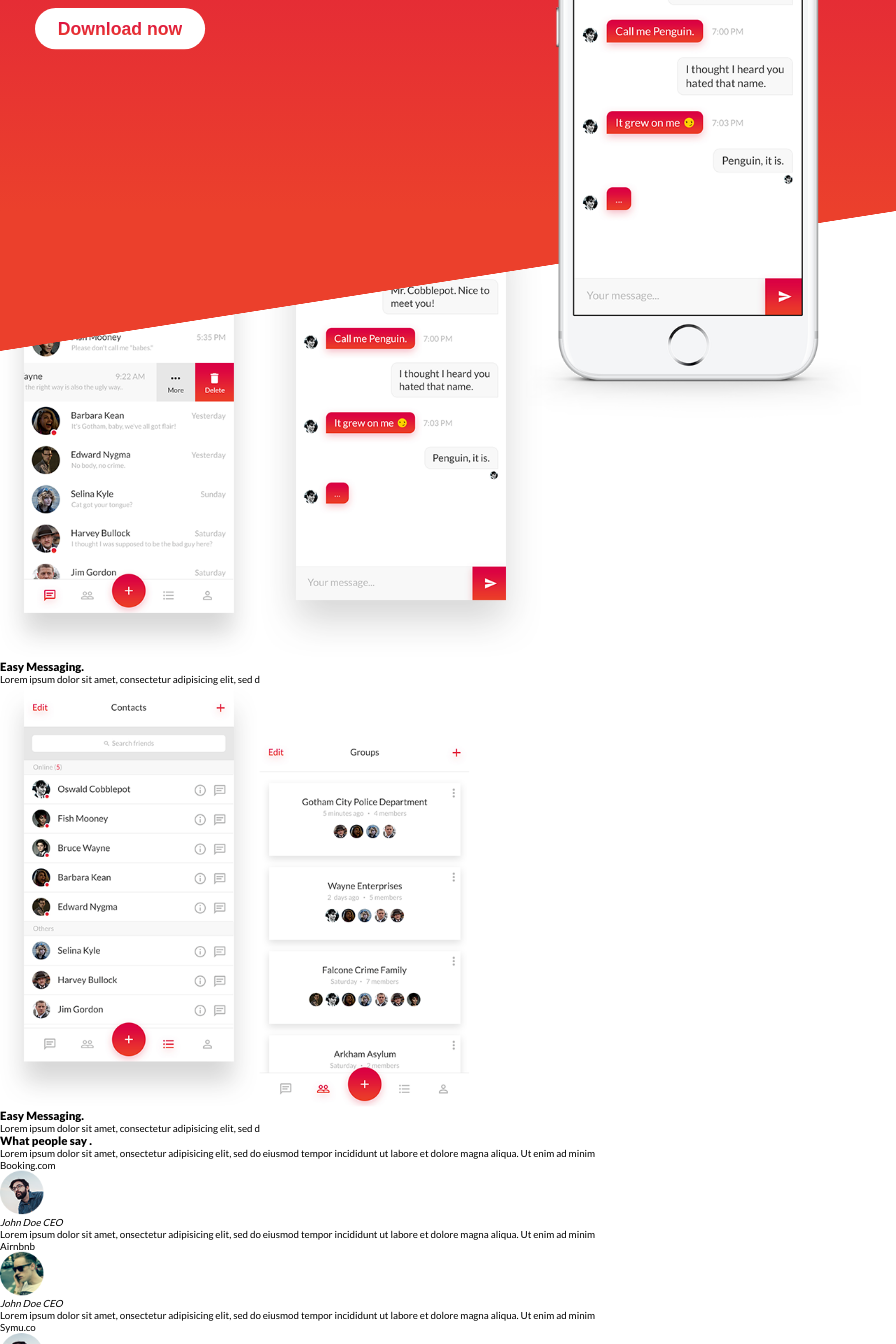
Repository: baumanmilosz/heyu
Page: index.html
The author's editor kept a copy of each file at every save. The page is drawn from the files as they stood at one save, then again after the next save.
The browser window is 1280 px wide. The pictures show the part of the page from y = 608 to 2528 px (the page is 4050 px tall), at 70% of full size.
Some web libraries are served in a nearby version. The style sheet was rebuilt from its Sass, Less or Tailwind sources for each picture, by a compiler version that may differ from the author's.

Above is the page before, as saved 2019-04-12 14:44:44.

### index.html
<!DOCTYPE html>
<html lang="en">

<head>
  <meta charset="UTF-8">
  <meta name="viewport" content="width=device-width, initial-scale=1.0">
  <meta http-equiv="X-UA-Compatible" content="ie=edge">
  <title>HeyU Landing Page</title>
  <link rel="stylesheet" href="https://use.fontawesome.com/releases/v5.8.1/css/all.css"
    integrity="sha384-50oBUHEmvpQ+1lW4y57PTFmhCaXp0ML5d60M1M7uH2+nqUivzIebhndOJK28anvf" crossorigin="anonymous">
  <link href="https://fonts.googleapis.com/css?family=Lato:400,900" rel="stylesheet">
  <link rel="stylesheet" href="./src/css/style.css">

</head>

<body>
  <header class="page-header">
    <nav class="page-nav">
      <h1 class="page-nav__title"><a class="page-nav__link" href="">HeyU</a></h1>
      <button type="button" class="page-nav__btn" href=""><i class="page-nav__icon fas fa-bars"></i></button>
      <ul class="page-nav__list">
        <li class="page-nav__item"><a class="page-nav__link" href="">About</a></li>
        <li class="page-nav__item"><a class="page-nav__link" href="">Faq</a></li>
        <li class="page-nav__item"><a class="page-nav__link" href="">Support</a></li>
        <li class="page-nav__item"><a class="page-nav__link" href="">Blog</a></li>
      </ul>
    </nav>
    <div class="page-hero">
      <div class="slogan">
        <h2 class="page-hero__title">Simple, safe <span class="page-hero__linebreak"> & beautiful.</span></h2>
        <p class="page-hero__description">With <span class="page-hero__highlight">HeyU</span>, you'll get fast, simple,
          secure messaging!</p>
        <button class="page-hero__btn"><span class="page-hero__text">Download now</span></button>
      </div>
      <div class="picture-wrapper">
        <img class="picture" src="./assets/phone.png" alt="">
      </div>
    </div>
  </header>
  <section class="app-description">
    <div class="wrapper">
      <div class="app-feature">
        <div class="feature-img-wrapper">
          <img class="messages-img" src="./assets/messages.png" alt="">
          <img class="converstion-img" src="./assets/conversation.png" alt="">
        </div>
        <h3 class="app-feature__title">Easy Messaging<span class="dot">.</span></h3>
        <p class="app-feature__description">Lorem ipsum dolor sit amet, consectetur adipisicing elit, sed d</p>
      </div>
      <div class="app-feature">
        <div class="feature-img-wrapper">
          <img class="contact-img" src="./assets/contacts.png" alt="">
          <img class="group-img" src="./assets/groups.png" alt="">
        </div>
        <h3 class="app-feature__title">Easy Messaging<span class="dot">.</span></h3>
        <p class="app-feature__description">Lorem ipsum dolor sit amet, consectetur adipisicing elit, sed d</p>
      </div>
    </div>
  </section>
  <section class="reviews">
    <div class="wrapper">
      <h3 class="reviews-title">What people say <span class="dot">.</span></h3>
      <div class="reviews-wrapper">
        <div class="comment-box">
          <blockquote class="comment">
            <p class="comment__text">Lorem ipsum dolor sit amet, onsectetur adipisicing elit, sed do eiusmod tempor
              incididunt ut labore et dolore magna aliqua. Ut enim ad minim
            </p>
            <p class="topic">Booking.com</p>
          </blockquote>
          <cite class="author">
            <div class="avatar">
              <img src="./assets/avatar1.png" alt="User">
              <p class="avatar_name">John Doe <span class="avatar_profession">CEO</span></p>
            </div>
          </cite>
        </div>
        <div class="comment-box">
          <blockquote class="comment">
            <p class="comment__text">Lorem ipsum dolor sit amet, onsectetur adipisicing elit, sed do eiusmod tempor
              incididunt ut labore et dolore magna aliqua. Ut enim ad minim</p>
            <p class="comment__company">Airnbnb</p>
          </blockquote>
          <cite class="author">
            <div class="avatar">
              <img src="./assets/avatar2.png" alt="User">
              <p class="avatar_name">John Doe <span class="avatar_profession">CEO</span></p>
            </div>
          </cite>
        </div>
        <div class="comment-box">
          <blockquote class="comment">
            <p class="comment__text">Lorem ipsum dolor sit amet, onsectetur adipisicing elit, sed do eiusmod tempor
              incididunt ut labore et dolore magna aliqua. Ut enim ad minim</p>
            <p class="comment__company">Symu.co</p>
          </blockquote>
          <cite class="author">
            <div class="avatar">
              <img src="./assets/avatar1.png" alt="User">
              <p class="avatar_name">John Doe <span class="avatar_profession">CEO</span></p>
            </div>
          </cite>
        </div>
      </div>
    </div>
  </section>
  <section class="overview">
    <div class="wrapper">
      <div class="feature">
        <h4 class="feature__title">Start conversation</h4>
        <p class="feature__description">Lorem ipsum dolor sit amet, consectetur adipisicing elit, sed do eiusmod tempor
          incididunt ut</p>
        <img class="feature__icon" src="./assets/message-icon.png" alt="">
      </div>
      <div class="feature">
        <h4 class="feature__title">Make a free call</h4>
        <p class="feature__description">Lorem ipsum dolor sit amet, consectetur adipisicing elit, sed do eiusmod tempor
          incididunt ut</p>
        <img class="feature__icon" src="./assets/phone-icon.png" alt="">
      </div>
      <div class="phone-wrapper">
        <img class="phone" src="./assets/phone-gradient.png" alt="">
        <img class="play-icon" src="./assets/play-icon.png" alt="">
      </div>
      <div class="feature">
        <h4 class="feature__title">Take a picture</h4>
        <p class="feature__description">Lorem ipsum dolor sit amet, consectetur adipisicing elit, sed do eiusmod tempor
          incididunt ut</p>
        <img class="feature__icon" src="./assets/camera-icon.png" alt="">
      </div>
      <div class="feature">
        <h4 class="feature__title">Send your video</h4>
        <p class="feature__description">Lorem ipsum dolor sit amet, consectetur adipisicing elit, sed do eiusmod tempor
          incididunt ut</p>
        <img class="feature__icon" src="./assets/video-icon.png" alt="">
      </div>
    </div>
  </section>
  <section class="newsletter">
    <div class="wrapper">
      <h3 class="newsletter__title">Subscribe to our newsletter<span class="dot">.</span></h3>
      <p class="newsletter__text">Lorem ipsum dolor sit amet, consectetur adipisicing elit, sed do eiusmod tempor
        incididunt ut labore et</p>
      <form action="" class="from">
        <input type="text" class="form__input" placeholder="Your email adress">
        <button type="submit" class="form__btn">Subscribe</button>
      </form>
    </div>
  </section>
  <section class="download-app">
    <div class="wrapper">
      <img class="app-logo" src="./assets/app-icon.png" alt="">
      <h3 class="download-app__title">Download the app <span class="dot">.</span></h3>
      <img class="appstore-icon" src="./assets/appstore.png" alt="">
    </div>
  </section>
  <footer class="page-footer">
    <nav class="footer-nav">
      <ul class="footer-nav__list">
        <li class="footer-nav__element"><a class="footer-nav__link" href="">About</a></li>
        <li class="footer-nav__element"><a class="footer-nav__link" href="">Faq</a></li>
        <li class="footer-nav__element"><a class="footer-nav__link" href="">Support</a></li>
        <li class="footer-nav__element"><a class="footer-nav__link" href="">Blog</a></li>
        <li class="footer-nav__element"><a class="footer-nav__link" href="">Download</a></li>
      </ul>
    </nav>
    <form action="" class="footer-form">
      <label for="lang-select">
        <select id="lang-select">
          <option value="English">English</option>
        </select>
      </label>
    </form>
  </footer>

  <script src="./src/js/main.js"></script>
</body>

</html>

### src/js/main.js
const hamburger = document.querySelector('.page-nav__btn');
const nav = document.querySelector('.page-nav');

hamburger.addEventListener('click', () => {
  nav.classList.toggle('opened');
  if (!nav.classList.contains('opened')) {
    nav.style.animation = 'close 1s 1 both ease';

  } else if (nav.classList.contains('opened')) {
    nav.style.animation = 'open 1s 1 both ease';
  }
})

### src/scss/style.scss
@import './variables';
@import './mixins';

:root {
  --closed-nav-height: 36px;
  --opened-nav-height: 246px;
}

* {
  margin: 0;
  padding: 0;
  box-sizing: border-box;
}

// MOBILE
html {
  font-size: 10px;
  font-family: $lato-font-family;
  overflow-x: hidden;

  body {
    overflow-x: hidden;

    .page-header {
      padding: 20px 20px 50px;
      background-image: $main-gradient;


      .page-nav {
        display: grid;
        grid-template-columns: auto auto;
        height: var(--closed-nav-height);

        @keyframes close {
          from {
            height: var(--opened-nav-height);
          }

          to {
            height: var(--closed-nav-height);
          }
        }

        .page-nav__title {
          font-size: 3rem;

          .page-nav__link {
            text-decoration: none;
            color: $white-color;
          }
        }

        .page-nav__btn {
          justify-self: end;
          align-self: center;
          background: none;
          border: none;
          cursor: pointer;

          .page-nav__icon {
            color: $white-color;
            font-size: 3.5rem;
          }
        }

        .page-nav__list {
          grid-column: 1/-1;
          display: grid;
          grid-template-rows: repeat(4, 50px);
          margin-top: 10px;
          list-style: none;
          overflow: hidden;

          .page-nav__item {
            display: grid;

            .page-nav__link {
              width: 100%;
              align-self: stretch;
              display: grid;
              align-items: center;
              justify-items: center;
              font-size: 1.6rem;
              color: $white-color;
              text-decoration: none;
              text-transform: uppercase;
              border-bottom: 1px solid $white-color;
            }
          }
        }
      }

      .page-nav.opened {}

      @keyframes open {
        from {
          height: var(--closed-nav-height);
        }

        to {
          height: var(--opened-nav-height);
        }
      }

      .page-nav.opened .page-nav__list {
        display: grid;
      }

      .page-hero {
        text-align: center;
        color: $white-color;

        .slogan {

          .page-hero__title {
            padding: 40px 0;
            font-size: 3rem;
            letter-spacing: $h2-letter-spacing;

            .page-hero__linebreak {
              display: block;
            }
          }

          .page-hero__description {
            margin: 0 0 30px 0;
            font-size: 1.5rem;
            line-height: 2rem;

            .page-hero__highlight {
              font-weight: bold
            }
          }

          .page-hero__btn {
            padding: 15px 32.5px;
            background-color: $white-color;
            border: none;
            border-radius: $form-radius;
            font-size: 1.8rem;
            font-weight: $btn-weight;
            cursor: pointer;


            .page-hero__text {
              -webkit-background-clip: text;
              -webkit-text-fill-color: transparent;
              background-image: $main-gradient;
            }
          }
        }

        .picture-wrapper {
          display: none;
        }

        .app-description {
          background: red;
        }

      }
    }
  }
}

@media (min-width: 736px) {
  html {
    font-size: 12px;
  }
}

@media (min-width: 1024px) {
  html {
    font-size: 14px;

    body {

      .page-header {
        padding: 50px 50px 0;

        .page-nav {
          display: flex;
          justify-content: space-between;
          animation: none;

          .page-nav__title {

            .page-nav__link {}
          }

          .page-nav__btn {
            display: none;

            .page-nav__icon {}
          }

          .page-nav__list {
            display: flex;
            margin-top: 0;

            .page-nav__item {
              position: relative;
              margin-left: 50px;

              &:hover:before {
                content: '';
                display: block;
                width: 100%;
                height: 2px;
                background-color: #fff;
                @include center();
                animation: line .3s 1 both ease;
              }

              @keyframes line {
                from {
                  width: 0;
                }

                to {
                  width: 100%;
                }
              }

              .page-nav__link {
                border-bottom: none;
              }
            }
          }
        }

        .page-nav.opened {}

        .page-nav.opened .page-nav__list {}

        .page-hero {
          max-width: 1600px;
          @include margin-auto;
          display: flex;
          justify-content: space-between;
          align-items: flex-start;
          // background-color: red;

          .slogan {
            text-align: left;
            align-self: center;

            .page-hero__title {
              font-size: 4rem;
            }

            .page-hero__description {
              font-size: 1.6rem;
              margin-bottom: 60px;
            }

            .page-hero__btn {
              .page-hero__text {}
            }
          }

          .picture-wrapper {
            display: block;
            position: relative;
            top: 300px;
            z-index: 1;
          }

        }
      }

      .app-description {
        position: relative;

        &::before {
          content: '';
          display: block;
          position: absolute;
          left: 0;
          top: 0;
          width: 100%;
          height: 200px;
          background-image: linear-gradient(to right bottom, #eb402c 49.9%, transparent 50.1%);
        }
      }
    }
  }
}

@media (min-width: 1920px) {
  html {

    body {

      .page-header {

        .page-nav {
          .page-nav__title {
            .page-nav__link {}
          }

          .page-nav__btn {


            .page-nav__icon {}
          }

          .page-nav__list {


            .page-nav__item {


              &:hover:before {}

              .page-nav__link {}
            }
          }
        }

        .page-nav.opened {}

        .page-nav.opened .page-nav__list {}

        .page-hero {

          .slogan {
            .page-hero__title {
              font-size: 6rem;
            }

            .page-hero__description {
              font-size: 2.4rem;
              margin-bottom: 120px;
            }

            .page-hero__btn {
              .page-hero__text {}
            }
          }

          .picture-wrapper {}

        }
      }
    }
  }
}

### src/scss/_variables.scss
$white-color: #fff;
$headers-color: #363636;
$text-color: #808080;
$btn-weight: bold;
$line-color: #e0e0e0;
$main-gradient: linear-gradient(#d90647, #eb402c);
$avatar-subtext-color: #667386;
$icon-color: #fbfbfb;
$rectangle-color: #232323;
$form-radius: 35px;
$app-icon-shadow: 10px 10px 30px 0 $main-gradient;
$review-box-shadow: 30px 30px 60px 0 $headers-color;
$input-bg: #f8f8f8;

$lato-font-family: 'Lato',
sans-serif;
$header-size: 60px;
$paragraph-size: 18px;
$avatar-caption: 16px;
$section-paragraph-size: 16px;
$section-header-size: 24px;

$page-margin-top: 40px;
$page-margin-bottom: 25px;
$page-margin-horizontal: 50px;

$nav-margin-left: 50px;
$h2-letter-spacing: 2px;
$h2-margin-bottom: 40px;

$header-btn-padding: 20px 50px;
$header-margin-bottom: 65px;

$gradient-section-margin: 85px 90px;
$form-section-vmargin:150px;
$form-margin-top: 70px;

$nav-footer-margin-right: 60px;

### src/scss/_mixins.scss
@mixin margin-auto() {
  margin: 0 auto;
}

@mixin center () {
  position: absolute;
  top: 50%;
  left: 50%;
  transform: translate(-50%, -50%);
}

@mixin gradient($orientation, $start-color, $end-color) {
  background-image: linear-gradient($orientation, $start-color, $end-color);
}

@mixin keyframes($name) {
  @keyframes #{$name} {
    @content;
  }
}

@mixin css-triangle($color, $direction, $main-border-size, $side-border-size) {
  width: 0;
  height: 0;

  @if $direction==down {
    border-left: $size solid transparent;
    border-right: $size solid transparent;
    border-top: $size solid $color;
  }

  @else if $direction==up {
    border-left: $size solid transparent;
    border-right: $size solid transparent;
    border-bottom: $size solid $color;
  }

  @else if $direction==right {
    border-top: $side-border-size solid transparent;
    border-bottom: $side-border-size solid transparent;
    border-left: $main-border-size solid $color;
  }

  @else if $direction==left {
    border-top: $size solid transparent;
    border-bottom: $size solid transparent;
    border-right: $size solid $color;
  }
}

After the next save:
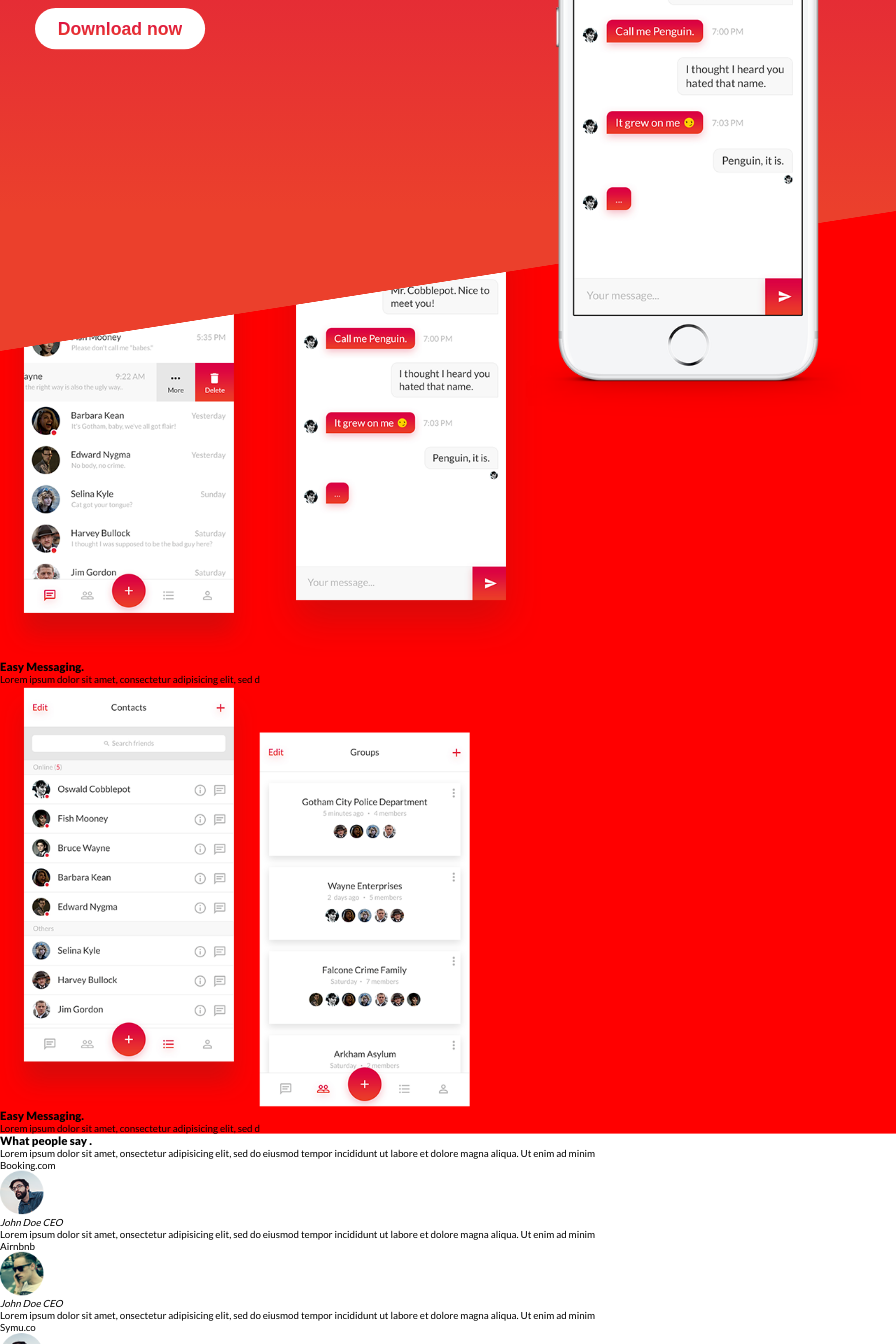
Saved 50 s later.
--- a/src/scss/style.scss
+++ b/src/scss/style.scss
@@ -153,12 +153,11 @@
         .picture-wrapper {
           display: none;
         }
-
-        .app-description {
-          background: red;
-        }
-
-      }
+      }
+    }
+
+    .app-description {
+      background: red;
     }
   }
 }
